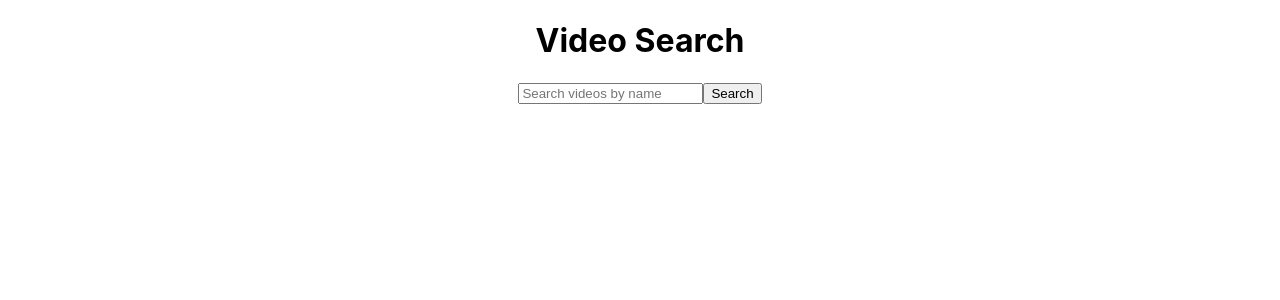
Repository: LolaSL/video-search
Page: /
These files come from the project's save history. The page is drawn as it stood at one moment and after the next save; the edit follows.
The browser window is 1280 px wide. The pictures show the whole page.
The project was rebuilt for these pictures with package versions that can differ from the ones it lists, and the page was loaded fresh each time.

Above is the page before, as saved 2023-08-12 12:45:16.

### src/App.js
import React from 'react';
import './App.css';
import VideoSearch from './VideoSearch';

function App() {
  return (
    <div className="App">
      <VideoSearch />
    </div>
  );
}

export default App;

### src/VideoSearch.jsx
import React, { useState } from 'react';
import axios from 'axios';

const API_KEY = 'AIzaSyAZw_7fp6hzKHZ_UNfC9jRiNJBWZQnTOmM';
const CHANNEL_ID = 'UCMgsbMAF60zR7G9rXsY7yeQ';
const RESULTS_PER_PAGE = 10;


const VideoSearch = () => {
  const [videos, setVideos] = useState([]);
  const [searchTerm, setSearchTerm] = useState('');

  const searchVideos = async () => {
    try {
      const response = await axios.get(
        `https://www.googleapis.com/youtube/v3/search?key=${API_KEY}&channelId=${CHANNEL_ID}&part=snippet,id&type=video&q=${searchTerm}`
      );

      setVideos(response.data.items);
    } catch (error) {
      console.error('Error fetching videos:', error);
    }
  };

  return (
    <div>
      <h1>Video Search</h1>
      <input
        type="text"
        placeholder="Search videos by name"
        value={searchTerm}
        onChange={(e) => setSearchTerm(e.target.value)}
      />
      <button onClick={searchVideos}>Search</button>

      <div>
        {videos.map((video) => (
          <div key={video.id.videoId}>
            <h2>{video.snippet.title}</h2>
            <iframe
              title={video.snippet.title}
              width="560"
              height="315"
              src={`https://www.youtube.com/embed/${video.id.videoId}`}
            //   frameBorder="0"
              allowFullScreen
            ></iframe>
          </div>
        ))}
      </div>
    </div>
  );
};

export default VideoSearch;

Loaded but not shown: public/index.html (common file); src/index.js (common file); src/index.css (common file); src/reportWebVitals.js (common file); src/App.css (common file)

After the next save:
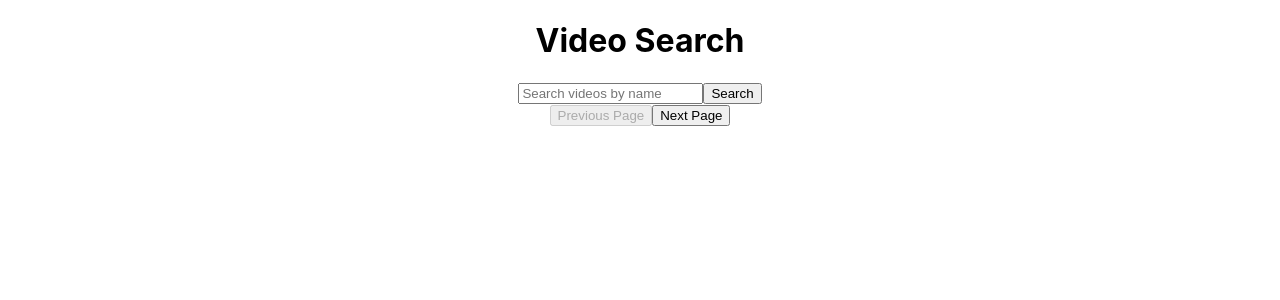
Saved 43 s later.
--- a/src/VideoSearch.jsx
+++ b/src/VideoSearch.jsx
@@ -7,49 +7,65 @@ const RESULTS_PER_PAGE = 10;
 
 
 const VideoSearch = () => {
-  const [videos, setVideos] = useState([]);
-  const [searchTerm, setSearchTerm] = useState('');
+    const [videos, setVideos] = useState([]);
+    const [searchTerm, setSearchTerm] = useState('');
+    const [currentPage, setCurrentPage] = useState(1);
 
-  const searchVideos = async () => {
-    try {
-      const response = await axios.get(
-        `https://www.googleapis.com/youtube/v3/search?key=${API_KEY}&channelId=${CHANNEL_ID}&part=snippet,id&type=video&q=${searchTerm}`
-      );
+    const searchVideos = async () => {
+      try {
+        const response = await axios.get(
+          `https://www.googleapis.com/youtube/v3/search?key=${API_KEY}&channelId=${CHANNEL_ID}&part=snippet,id&type=video&q=${searchTerm}&maxResults=${RESULTS_PER_PAGE}&pageToken=${currentPage > 1 ? videos.length : ''}`
+        );
 
-      setVideos(response.data.items);
-    } catch (error) {
-      console.error('Error fetching videos:', error);
-    }
+        setVideos(response.data.items);
+      } catch (error) {
+        console.error('Error fetching videos:', error);
+      }
+    };
+
+    const handlePageChange = (newPage) => {
+      setCurrentPage(newPage);
+      searchVideos();
+    };
+
+    return (
+      <div>
+        <h1>Video Search</h1>
+        <input
+          type="text"
+          placeholder="Search videos by name"
+          value={searchTerm}
+          onChange={(e) => setSearchTerm(e.target.value)}
+        />
+        <button onClick={() => handlePageChange(1)}>Search</button>
+
+        <div>
+          {videos.map((video) => (
+            <div key={video.id.videoId}>
+              <h2>{video.snippet.title}</h2>
+              <iframe
+                title={video.snippet.title}
+                width="560"
+                height="315"
+                src={`https://www.youtube.com/embed/${video.id.videoId}`}
+                frameBorder="0"
+                allowFullScreen
+              ></iframe>
+            </div>
+          ))}
+        </div>
+
+        <div>
+          <button
+            onClick={() => handlePageChange(currentPage - 1)}
+            disabled={currentPage === 1}
+          >
+            Previous Page
+          </button>
+          <button onClick={() => handlePageChange(currentPage + 1)}>Next Page</button>
+        </div>
+      </div>
+    );
   };
 
-  return (
-    <div>
-      <h1>Video Search</h1>
-      <input
-        type="text"
-        placeholder="Search videos by name"
-        value={searchTerm}
-        onChange={(e) => setSearchTerm(e.target.value)}
-      />
-      <button onClick={searchVideos}>Search</button>
-
-      <div>
-        {videos.map((video) => (
-          <div key={video.id.videoId}>
-            <h2>{video.snippet.title}</h2>
-            <iframe
-              title={video.snippet.title}
-              width="560"
-              height="315"
-              src={`https://www.youtube.com/embed/${video.id.videoId}`}
-            //   frameBorder="0"
-              allowFullScreen
-            ></iframe>
-          </div>
-        ))}
-      </div>
-    </div>
-  );
-};
-
-export default VideoSearch;
+  export default VideoSearch;
